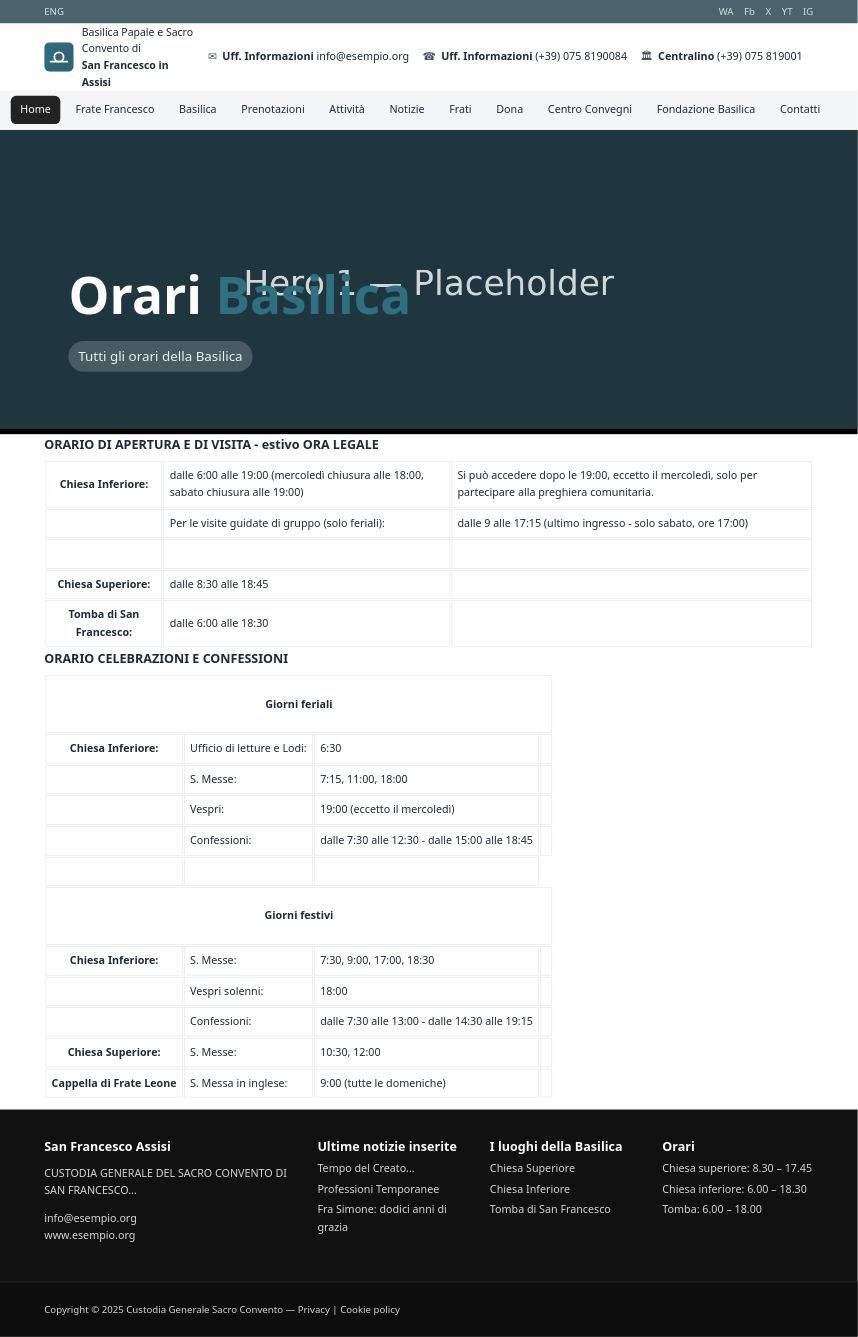
Repository: leacappello/basilica-platform-project
Page: pages/orari.html
These files come from the project's save history. The page is drawn as it stood at one moment and after the next save; the edit follows.
The browser window is 1280 px wide. The pictures show the whole page, at 67% of full size.

Above is the page before, as saved 2025-09-15 12:03:32.
Console error (its wording comes from the project's code and is left out).

After the next save:
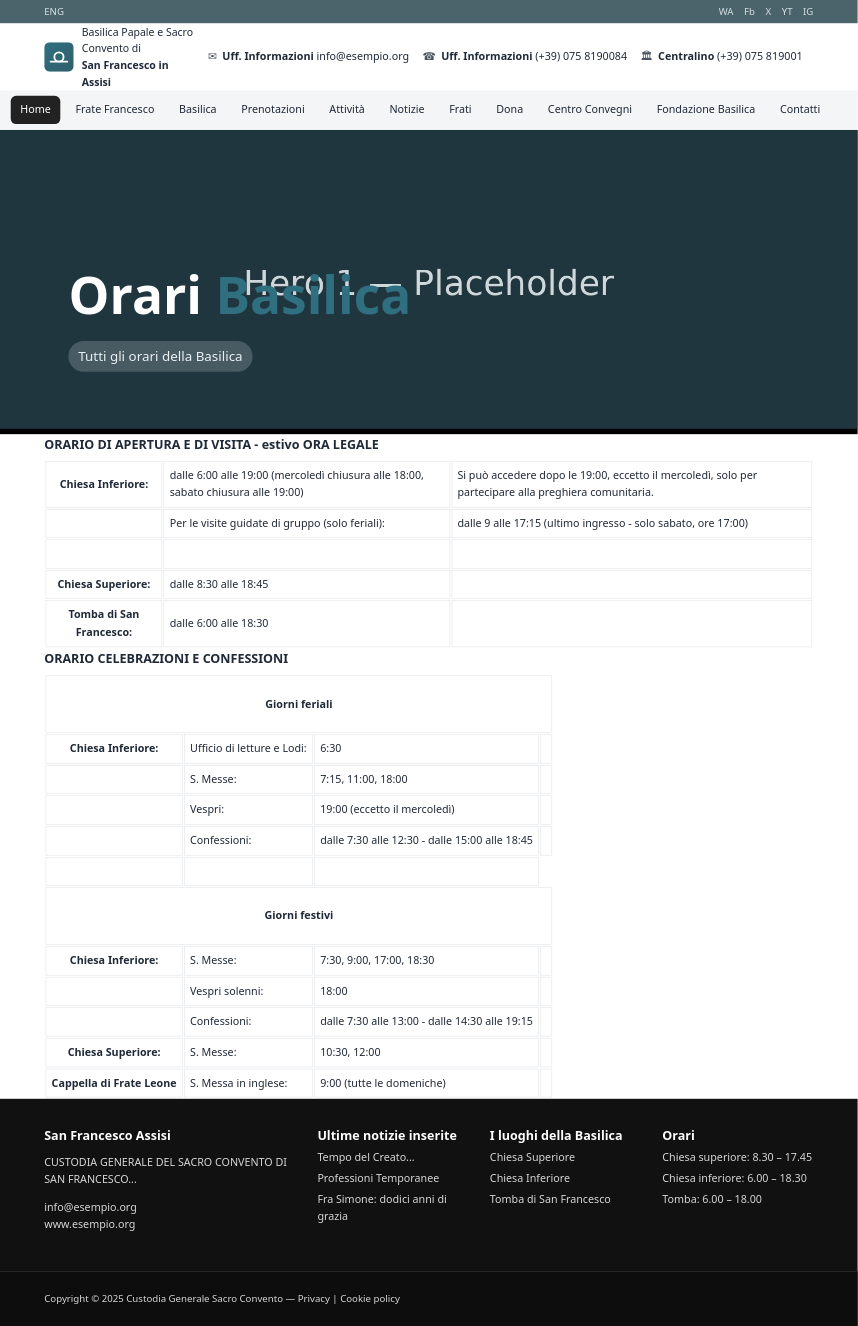
Saved 3 min 24 s later.
--- a/pages/orari.html
+++ b/pages/orari.html
@@ -276,7 +276,6 @@
                                 </tr>
                             </tbody>
                         </table>
-                        <p></p>
                     </div>
                 </div>
             </div>
